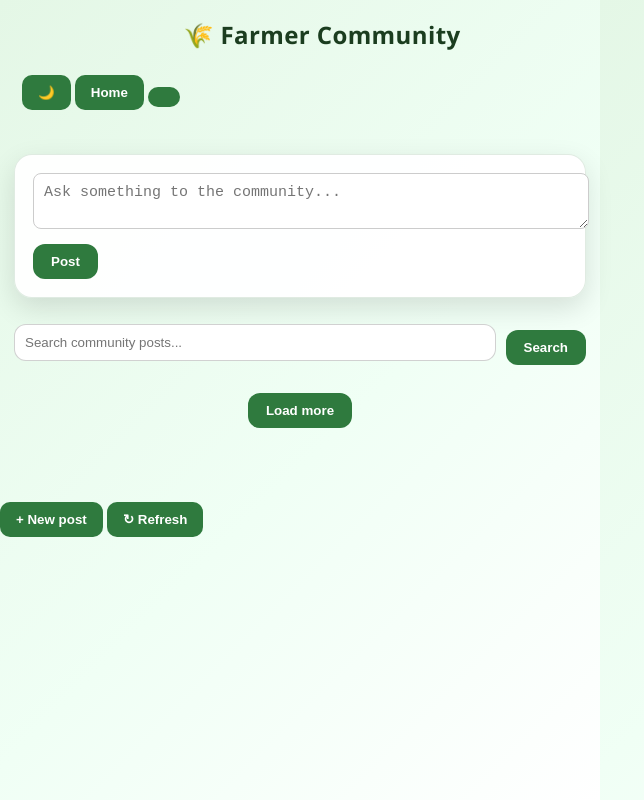
Repository: Desterhub/Agrogyanchatgpt
Page: agrogyan-gpt-main/frontend/community.html
An editor plug-in stored every save of this project. The page is shown before and after the next save, followed by the edit.
The browser window is 600 px wide. The page is 644 px wide, so the pictures cover 644 px, including what lies to the right of the window. The pictures show the whole page.

Above is the page before, as saved 2026-03-11 23:52:56.
Console error: SyntaxError: Identifier 'API' has already been declared

After the next save:
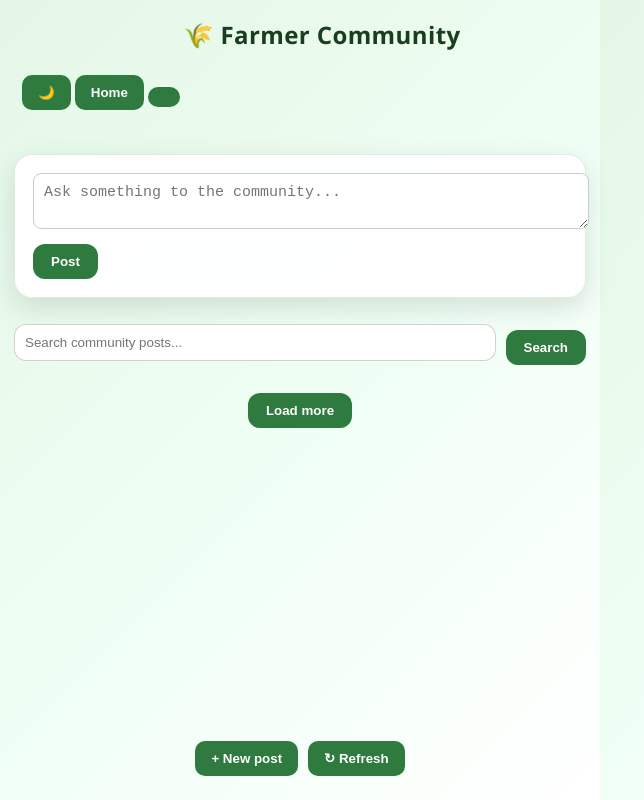
Saved 25 s later.
--- a/agrogyan-gpt-main/frontend/style.css
+++ b/agrogyan-gpt-main/frontend/style.css
@@ -405,3 +405,21 @@ button:hover{
     border-radius: 12px;
     margin-top: 10px;
 }
+
+.mobile-actions {
+    display: none;
+    position: fixed;
+    bottom: 14px;
+    left: 0;
+    right: 0;
+    padding: 10px 16px;
+    justify-content: center;
+    gap: 10px;
+    z-index: 999;
+}
+
+@media (max-width: 640px) {
+    .mobile-actions {
+        display: flex;
+    }
+}
